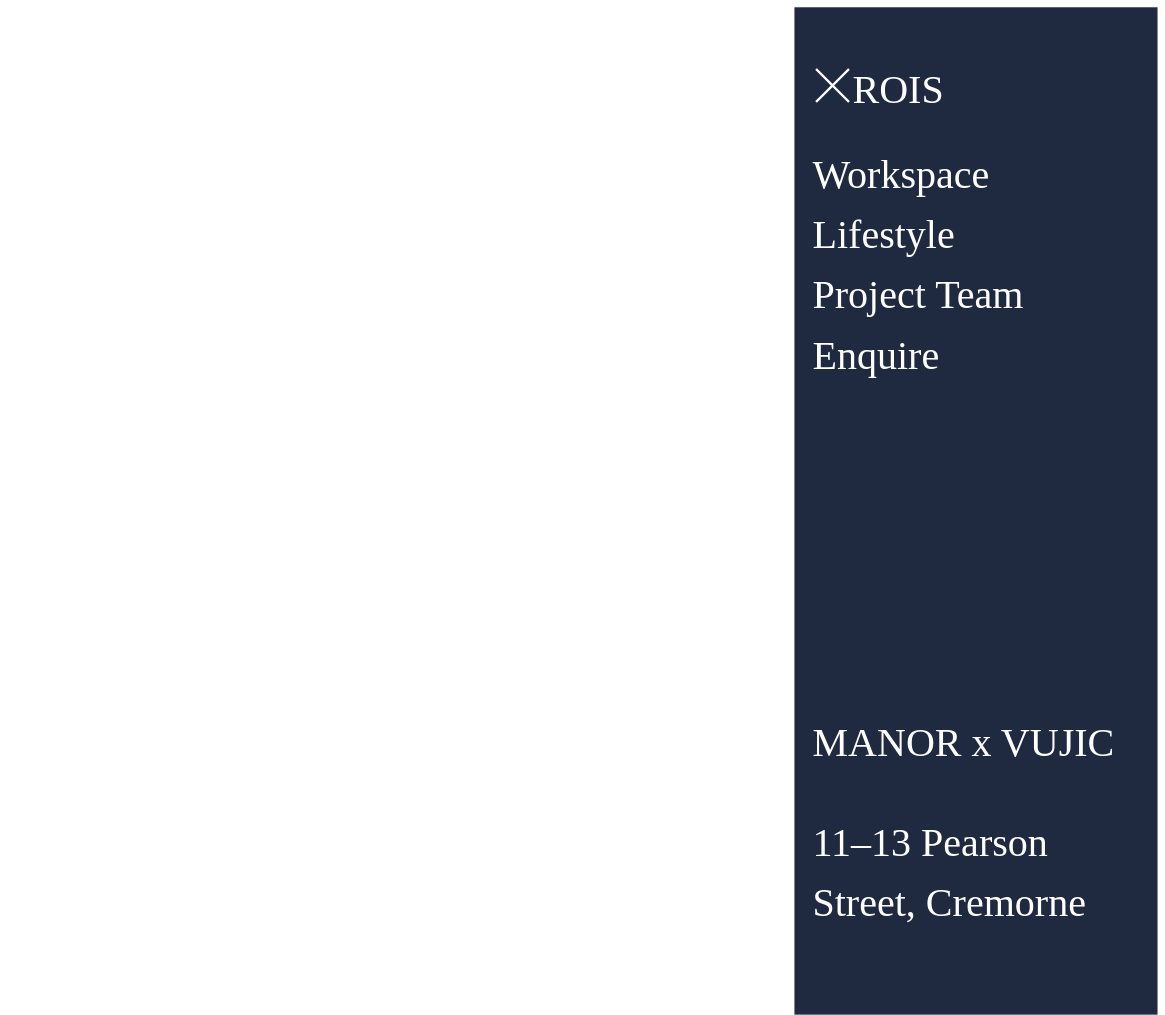
Repository: ThanhMai6507/Rois-Landing-Page
Page: index.html
The author's editor kept a copy of each file at every save. The page is drawn from the files as they stood at one save, then again after a run of saves.
The browser window is 1280 px wide. The pictures show the whole page, at 91% of full size.

Above is the page before, as saved 2022-10-31 11:08:43.

### index.html
<!DOCTYPE html>
<html lang="en">
<head>
    <meta charset="UTF-8">
    <meta http-equiv="X-UA-Compatible" content="IE=edge">
    <meta name="viewport" content="width=device-width, initial-scale=1.0">
    <link rel="stylesheet" href="./style.css">
    <link rel="stylesheet" href="css/themify-icons.css">
    <title>Document</title>
</head>
<body>
    <div class="main">
        <div class="first_page">
            <div class="menu">
                <p class="title ti-close">ROIS</p>
                <div class="menu-list">
                    <a href="" class="menu-item">Workspace</a><br>
                    <a href="" class="menu-item">Lifestyle</a><br>
                    <a href="" class="menu-item">Project Team</a><br>
                    <a href="" class="menu-item">Enquire</a><br>
                </div>
                <footer class="menu-footer">
                    <p>MANOR x VUJIC</p>
                    <a href="">11–13 Pearson Street, Cremorne</a>
                </footer>
            </div>
        </div>
    </div>
</body>
</html>

### style.css
.first_page {
    width: 100%;
    height: 1087px;
    background-color: #fff;
    position: relative;
    display: flex;
    justify-content: end;
}

.menu {
    position: absolute;
    width: 30%;
    height: 1087px;
    background-color: #1F2940;
    color: #FEFEFE;
    padding-left: 20px;
    padding-top: 20px;
    line-height: 1.5;
    font-family: 'Times New Roman', Times, serif;
    font-size: 44px;
}

a {
    text-decoration: none;
    color: #fff;
    margin-bottom: 5px;
}

footer {
    margin-top: 95%;
}

Loaded but not shown: asset/themify-icons/themify-icons.css (common file)

After the next 3 saves:
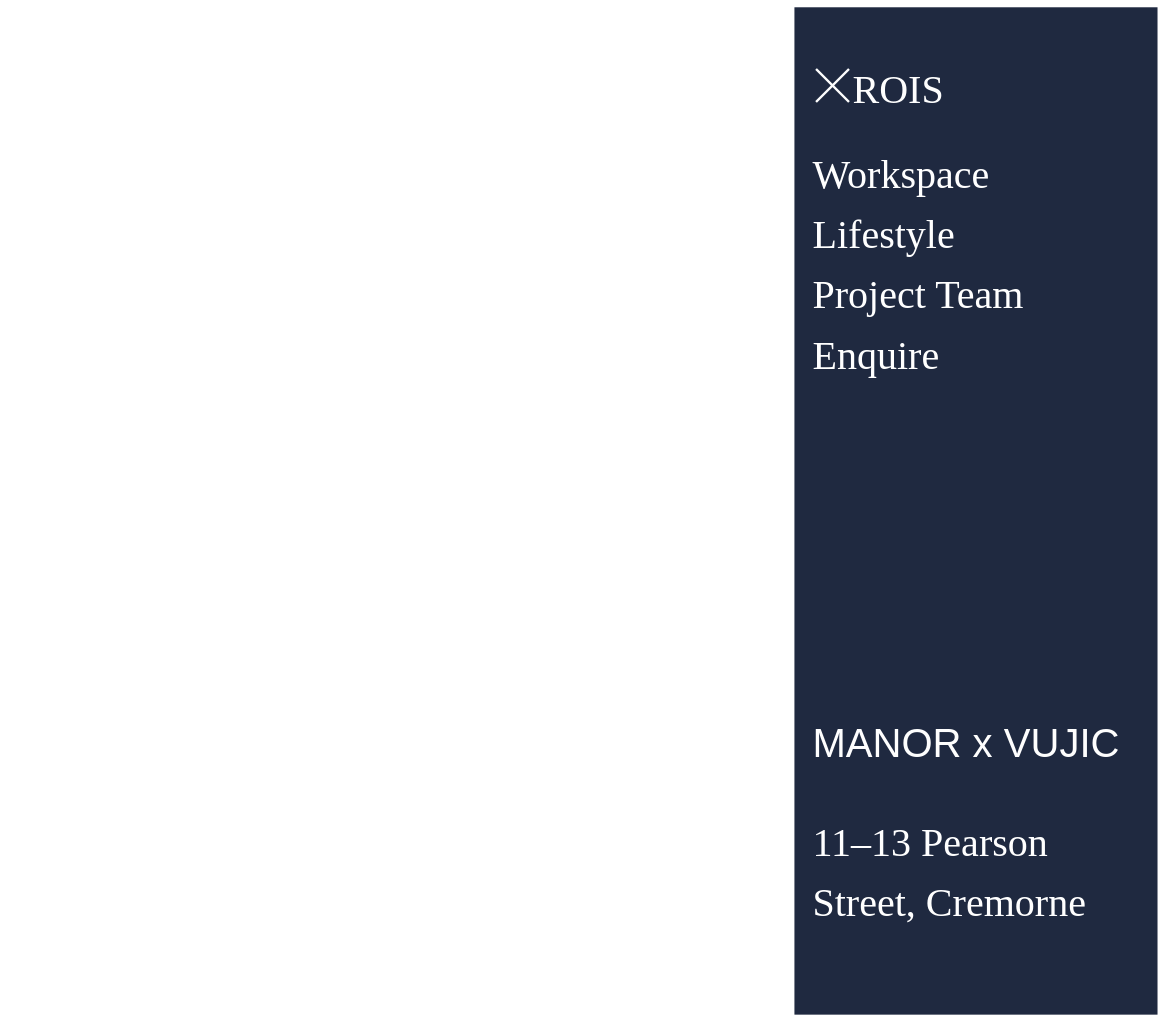
The 3 saves are shown as one change because they came seconds apart.
The last was saved 9 s later.
--- a/style.css
+++ b/style.css
@@ -29,3 +29,7 @@
 footer {
     margin-top: 95%;
 }
+
+footer p {
+    font-family: Arial, Helvetica, sans-serif;
+}
